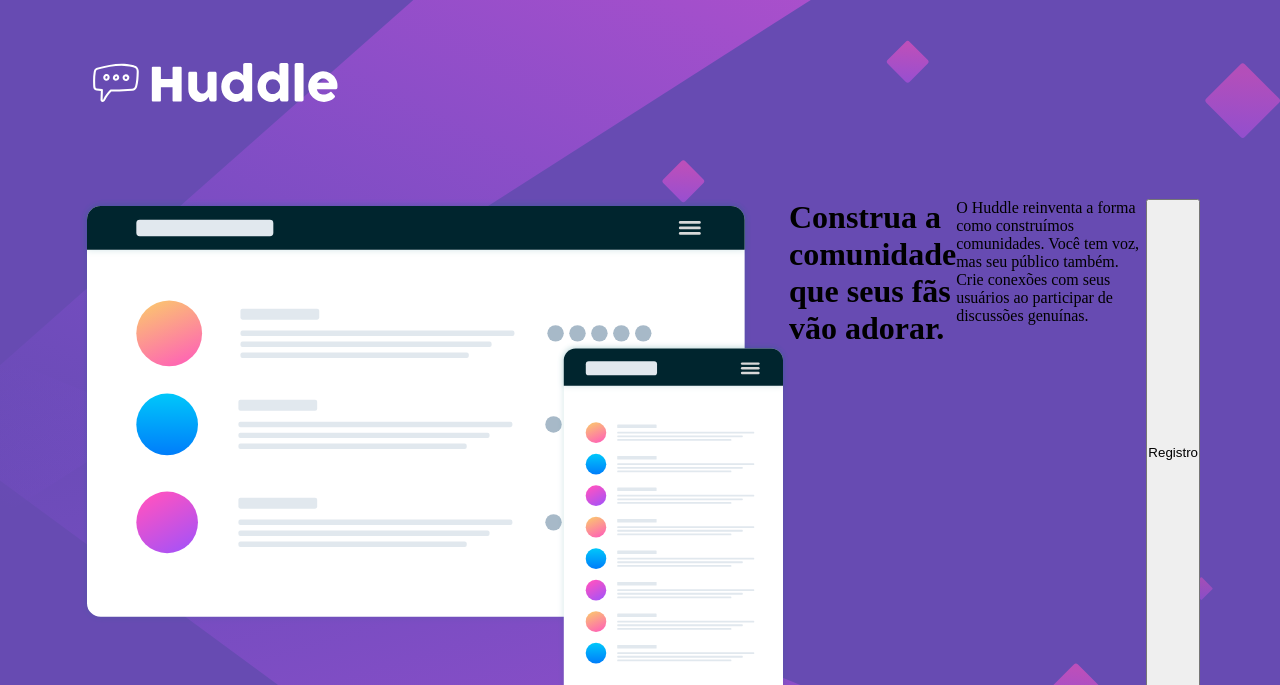
Repository: caique2512/Huddle
Page: index.html
The author's editor kept a copy of each file at every save. The page is drawn from the files as they stood at one save, then again after a run of saves.
The browser window is 1280 px wide. The pictures show the part of the page from y = 0 to 685 px (the page is 1363 px tall).
A picture or video elsewhere on the page could not be fetched, so the positions and the page height are approximate.

Above is the page before, as saved 2026-02-27 17:47:43.

### index.html
<!DOCTYPE html>
<html lang="pt-br">
<head>
    <meta charset="UTF-8">
    <meta name="viewport" content="width=device-width, initial-scale=1.0">
    <title>Huddle</title>
    <link rel="stylesheet" href="src/reset.css">
    <link rel="stylesheet" href="src/estilos.css">
</head>
<body>
    <header>
        <img class="logo" src="images/logo.svg" alt="Logo Huddle">
    </header>
    <main class="conteudo">
        <img src="./images/illustration-mockups.svg" alt="Illustracion">
        <h1 class="titulo">Construa a comunidade que seus fãs vão adorar.</h1>
        <p class="subtitulo">O Huddle reinventa a forma como construímos comunidades. Você tem voz, mas seu público também. Crie conexões com seus usuários ao participar de discussões genuínas.</p>
        <button>Registro</button>
    </main>
    <footer>
        <div class="rodape">
            <img src="./images/facebook_126724.png" alt="Facebbok">
            <img src="./images/whatsapp_4423488.png" alt="Whatzaap">
            <img src="./images/social_16101584.png" alt="Instagram">
        </div>
    </footer>
</body>
</html>

### src/estilos.css
body {
    background: url(../images/bg-desktop.svg) no-repeat;
    background-size: contain;
    background-color: #674BB2;
    padding: 50px 80px;
}

.logo{
    margin-bottom: 80px;
}

.conteudo {
    display: flex;
}

Loaded but not shown: src/reset.css (common file)

After the next 2 saves:
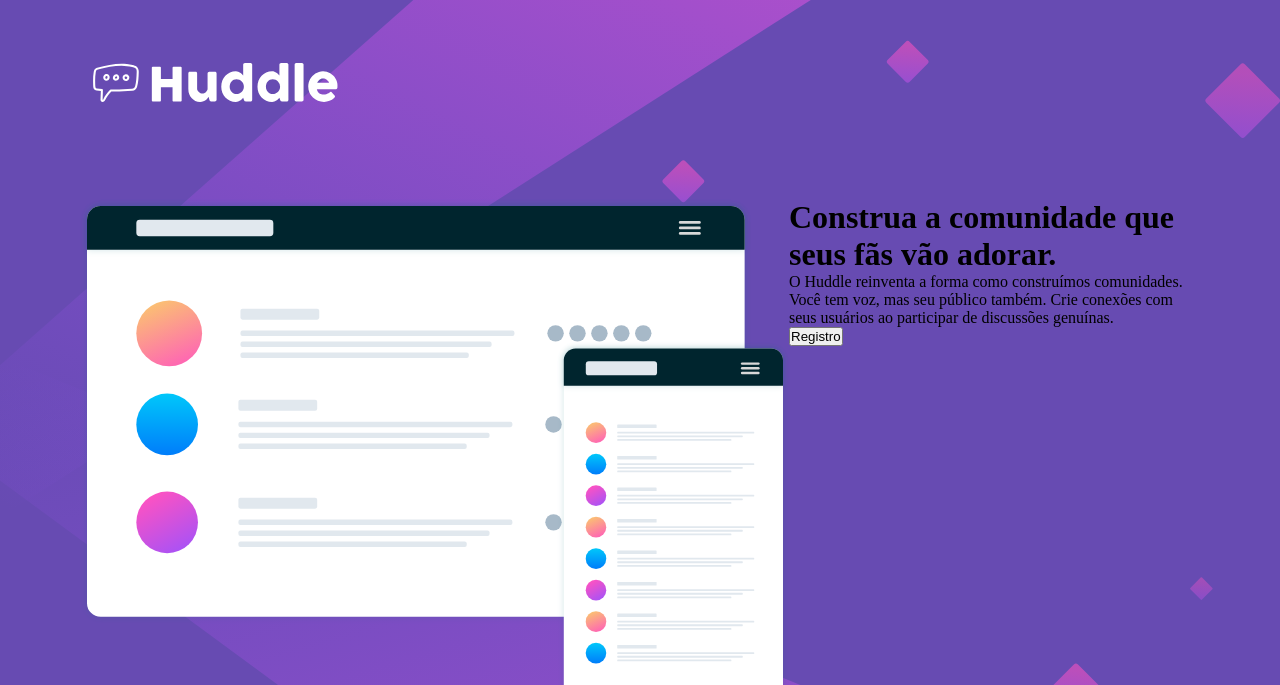
The 2 saves are shown as one change because they came seconds apart.
The last was saved 28 s later.
--- a/index.html
+++ b/index.html
@@ -13,9 +13,11 @@
     </header>
     <main class="conteudo">
         <img src="./images/illustration-mockups.svg" alt="Illustracion">
-        <h1 class="titulo">Construa a comunidade que seus fãs vão adorar.</h1>
-        <p class="subtitulo">O Huddle reinventa a forma como construímos comunidades. Você tem voz, mas seu público também. Crie conexões com seus usuários ao participar de discussões genuínas.</p>
-        <button>Registro</button>
+        <div class="|">
+            <h1 class="titulo">Construa a comunidade que seus fãs vão adorar.</h1>
+            <p class="subtitulo">O Huddle reinventa a forma como construímos comunidades. Você tem voz, mas seu público também. Crie conexões com seus usuários ao participar de discussões genuínas.</p>
+            <button>Registro</button>
+        </div>
     </main>
     <footer>
         <div class="rodape">
